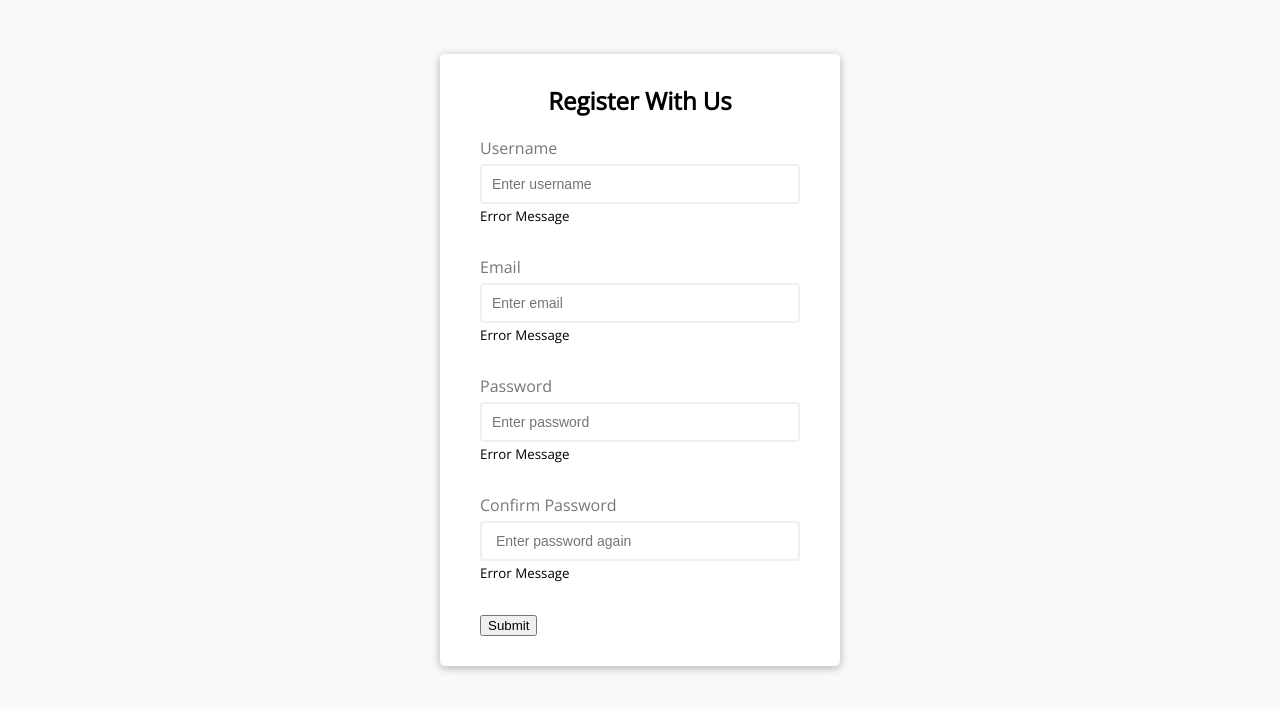
Repository: Youvelop/formValidator
Page: index.html
An editor plug-in stored every save of this project. The page is shown before and after the next save, followed by the edit.
The browser window is 1280 px wide. The pictures show the whole page.

Above is the page before, as saved 2020-06-25 18:54:12.

### index.html
<!DOCTYPE html>
<html lang="en">
  <head>
    <meta charset="UTF-8" />
    <meta name="viewport" content="width=device-width, initial-scale=1.0" />
    <link rel="stylesheet" href="style.css" />
    <title>Form Validator</title>
  </head>
  <body>
    <div class="container">
      <form id="form" class="form">
        <h2>Register With Us</h2>
        <div class="form-control">
          <label for="username">Username</label>
          <input type="text" id="username" placeholder="Enter username" />
          <small>Error Message</small>
        </div>
        <div class="form-control">
          <label for="email">Email</label>
          <input type="text" id="email" placeholder="Enter email" />
          <small>Error Message</small>
        </div>
        <div class="form-control">
          <label for="password">Password</label>
          <input type="password" id="password" placeholder="Enter password" />
          <small>Error Message</small>
        </div>
        <div class="form-control">
          <label for="password2">Confirm Password</label>
          <input
            type="text"
            id="password2"
            placeholder=" Enter password again"
          />
          <small>Error Message</small>
        </div>
        <button type="submit">Submit</button>
      </form>
    </div>
    <script src="app.js"></script>
  </body>
</html>

### style.css
@import url('https://fonts.googleapis.com/css?family=Open+Sans&display=swap');

* {
  box-sizing: border-box;
}

body {
  background-color: #f9fafb;
  font-family: 'Open Sans', sans-serif;
  display: flex;
  align-items: center;
  justify-content: center;
  min-height: 100vh;
  margin: 0;
}

.container {
  background-color: #fff;
  border-radius: 5px;
  box-shadow: 0 2px 10px rgba(0, 0, 0, 0.3);
  width: 400px;
}

h2 {
  text-align: center;
  margin: 0 0 20px;
}

.form {
  padding: 30px 40px;
}

.form-control {
  margin-bottom: 10px;
  padding-bottom: 20px;
  position: relative;
}

.form-control label {
  color: #777;
  display: block;
  margin-bottom: 5px;
}

.form-control input {
  border: 2px solid #f0f0f0;
  border-radius: 4px;
  display: block;
  width: 100%;
  padding: 10px;
  font-size: 14px;
}

.form-control input:focus {
  outline: 0;
  border-color: #777;
}

.form-control.success input {
  border-color: #2ecc71;
}

.form-control.error input {
  border-color: #e74c3c;
}

Loaded but not shown: app.js (no copy from this time; the picture is the same without it)

After the next save:
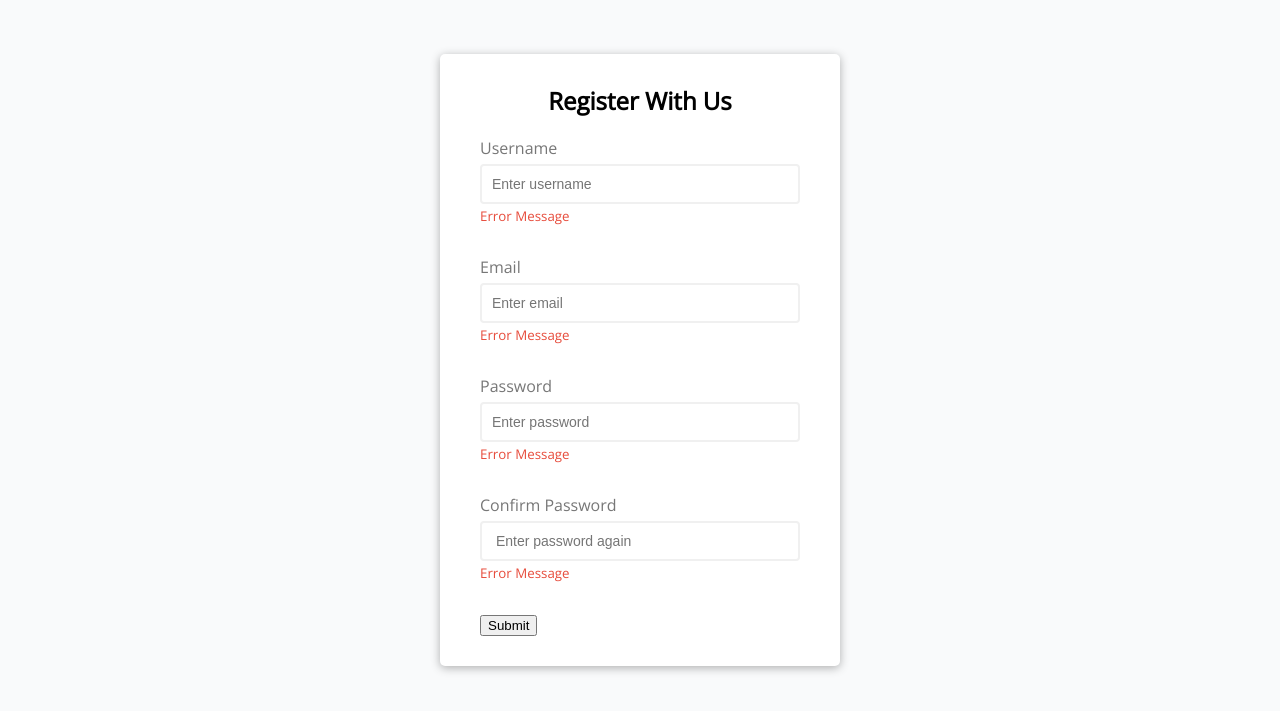
Saved 2 min 36 s later.
--- a/style.css
+++ b/style.css
@@ -1,4 +1,9 @@
 @import url('https://fonts.googleapis.com/css?family=Open+Sans&display=swap');
+
+:root {
+  --success-color: #2ecc71;
+  --error-color: #e74c3c;
+}
 
 * {
   box-sizing: border-box;
@@ -63,3 +68,10 @@ h2 {
 .form-control.error input {
   border-color: #e74c3c;
 }
+
+.form-control small {
+  color: #e74c3c;
+}
+
+button {
+}
